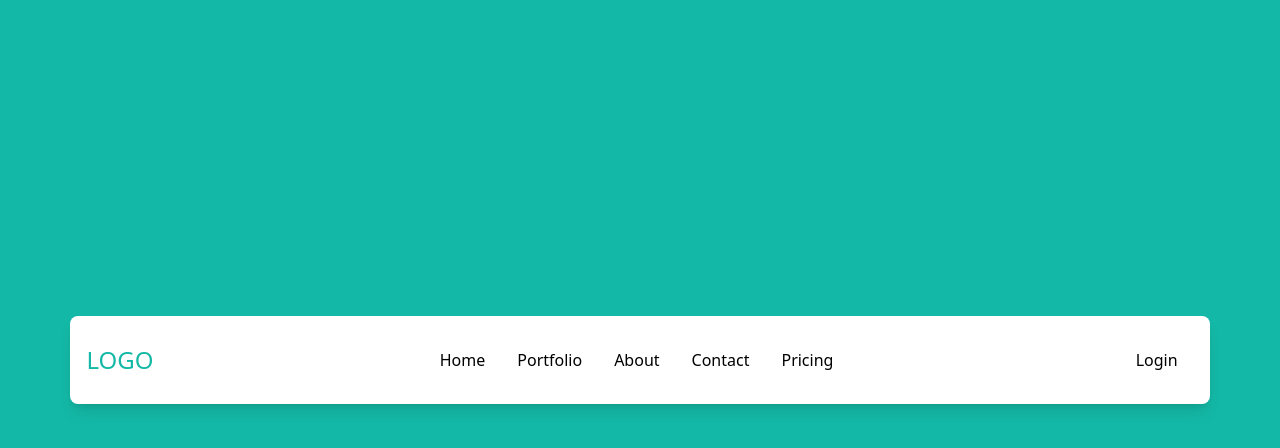
Repository: DevAntonioRogers/react-modal-with-dialog
Page: /
These files come from the project's save history. The page is drawn as it stood at one moment and after the next save; the edit follows.
The browser window is 1280 px wide. The pictures show the whole page.
The project was rebuilt for these pictures with package versions that can differ from the ones it lists, and the page was loaded fresh each time. Also part of the build but not shown: vite.config.ts.

Above is the page before, as saved 2023-05-10 08:47:18.

After the next save:
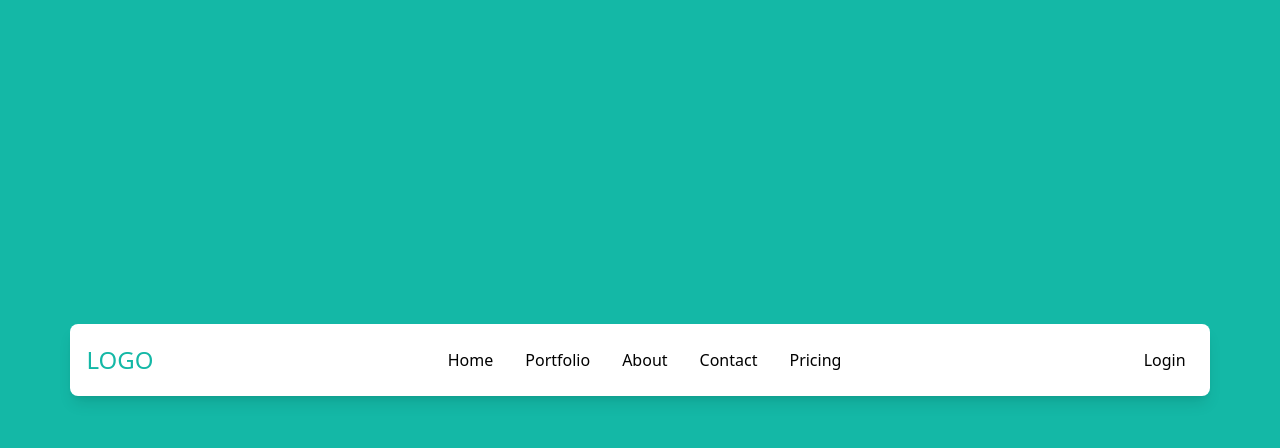
Saved 5 s later.
--- a/src/App.tsx
+++ b/src/App.tsx
@@ -25,7 +25,7 @@ function App() {
         </ul>
 
         <div>
-          <button className="p-4">Login</button>
+          <button className="p-2">Login</button>
         </div>
       </nav>
     </div>
